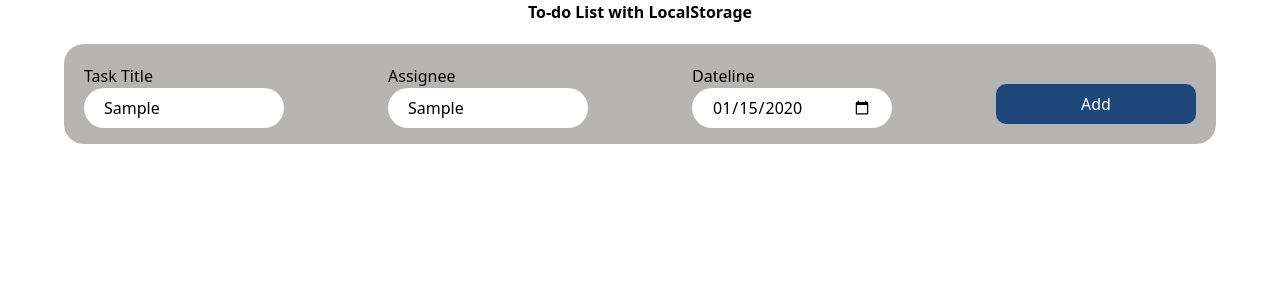
Repository: Sarah7223/internet-programming-tp
Page: TP3/TP03.1.html
These files come from the project's save history. The page is drawn as it stood at one moment and after the next save; the edit follows.
The browser window is 1280 px wide. The pictures show the whole page.
Empty fields were first filled with sample values (such as "Sample", 5 or name@example.com).
After loading, the first visible `#add` was clicked once.
Some web libraries are served in a nearby version.

Above is the page before, as saved 2023-01-13 15:50:39.

After the next save:
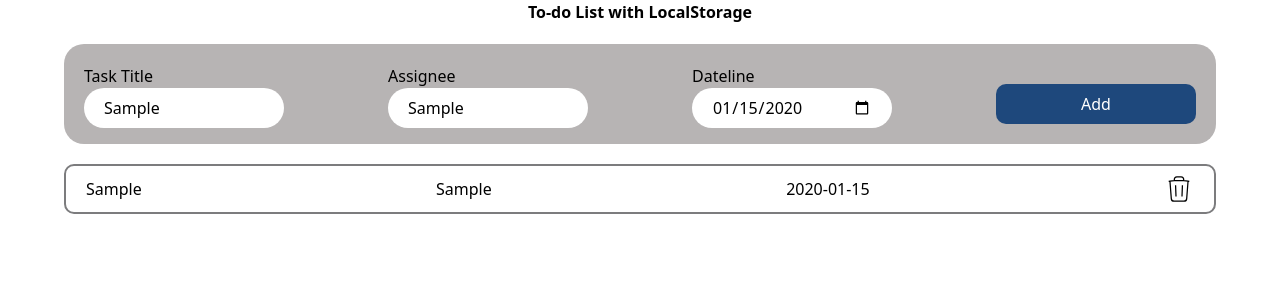
Saved 47 s later.
--- a/TP3/TP03.1.html
+++ b/TP3/TP03.1.html
@@ -120,11 +120,9 @@
         function addToLocalStorage(){
             var myobject = {task_title: document.getElementById("task").value , assignee:document.getElementById("assignee").value, date: document.getElementById("date").value};
             localStorage.setItem(document.getElementById("task").value ,JSON.stringify(myobject));
-            console.log("la fct est appelée");
+            renderList();
         }
 
-        //JSON.parse(localStoarge.getItem("student"));
-        let taskArr = [];
 
     function renderList(){
         let taskArr = [];
